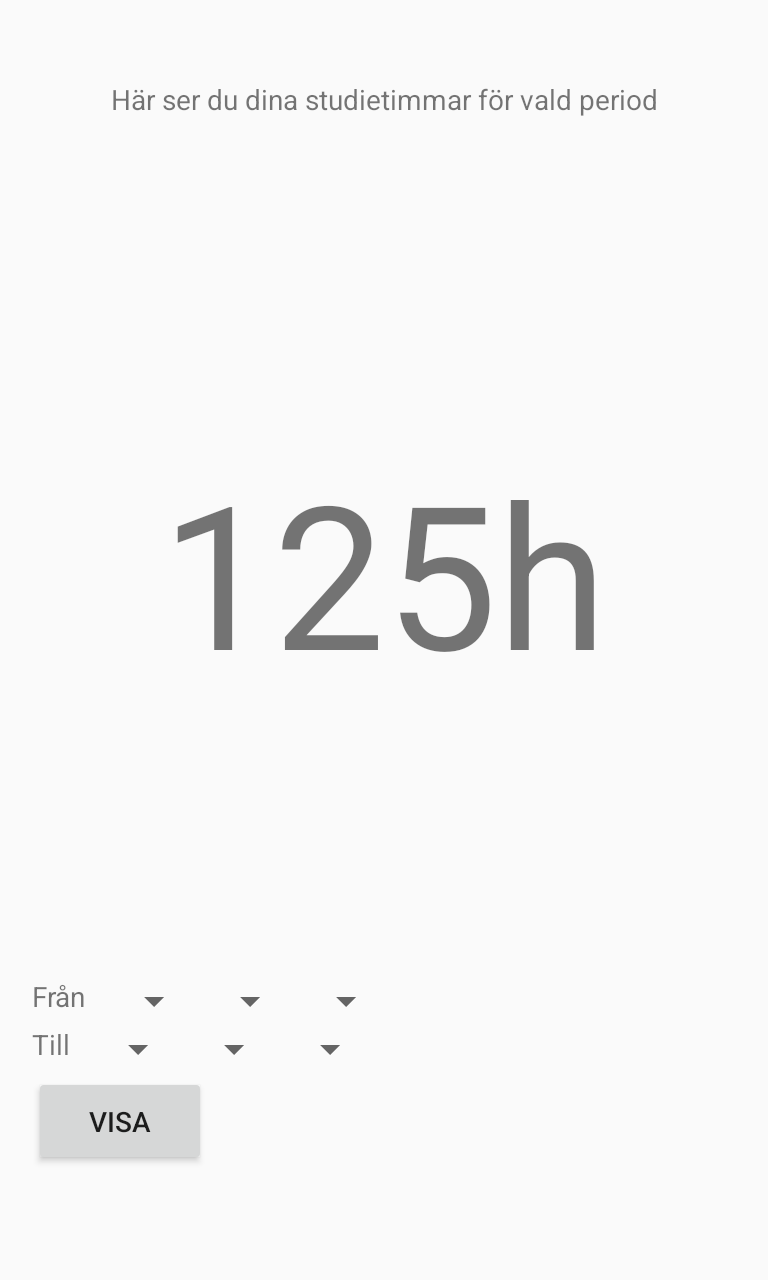
Repository: Dinova/Studiekoll
Layout: Studiekoll/Studiekoll/res/layout/fragment_graph.xml
An editor plug-in stored every save of this project. The layout is shown before and after the next save, followed by the edit.
It is drawn on a 768 x 1280 px phone screen (xhdpi) without system bars, with theme AppTheme; the app's code is not run.

Above is the layout before, as saved 2014-05-15 12:37:40.

After the next save:
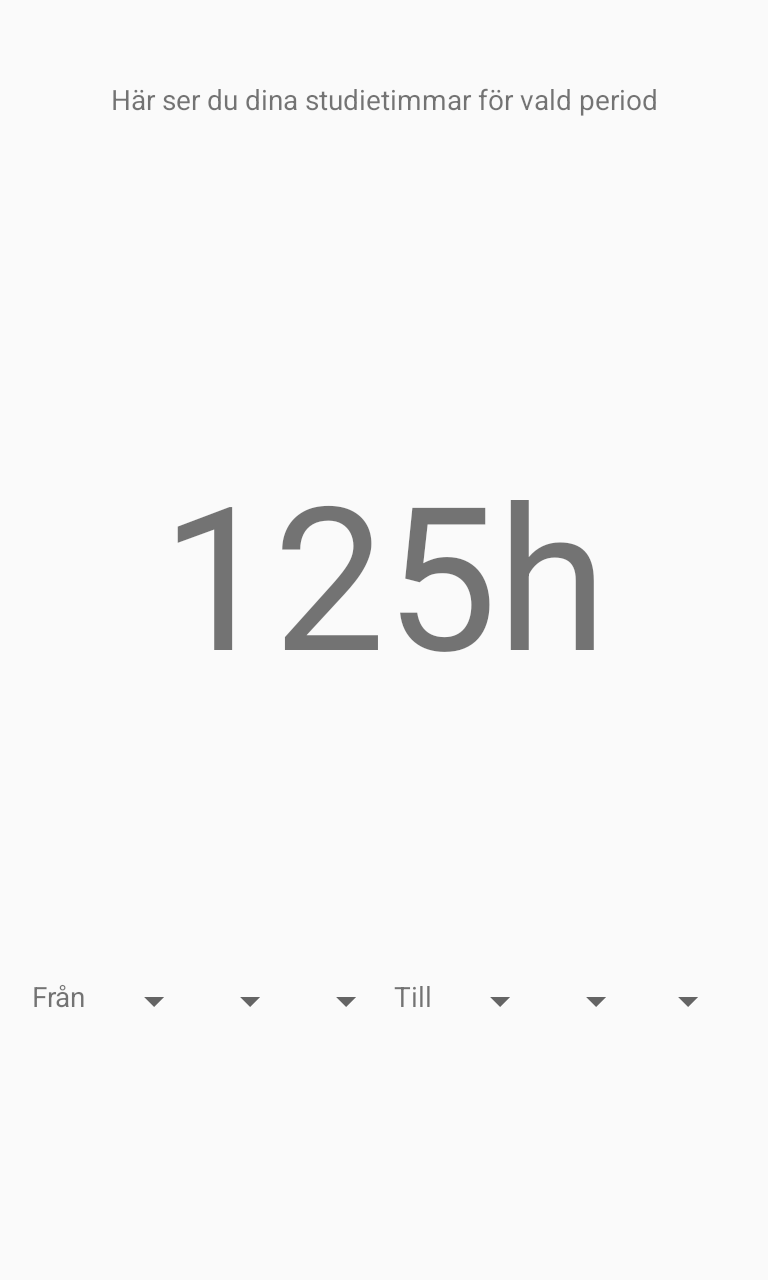
Saved 87 s later.
--- a/Studiekoll/Studiekoll/res/layout/fragment_graph.xml
+++ b/Studiekoll/Studiekoll/res/layout/fragment_graph.xml
@@ -36,7 +36,7 @@
         <LinearLayout
             android:layout_width="wrap_content"
         	android:layout_height="wrap_content"
-        	android:orientation="vertical" >
+        	android:orientation="horizontal" >
 
         	<LinearLayout
         		android:layout_width="wrap_content"

After the 2 saves that followed:
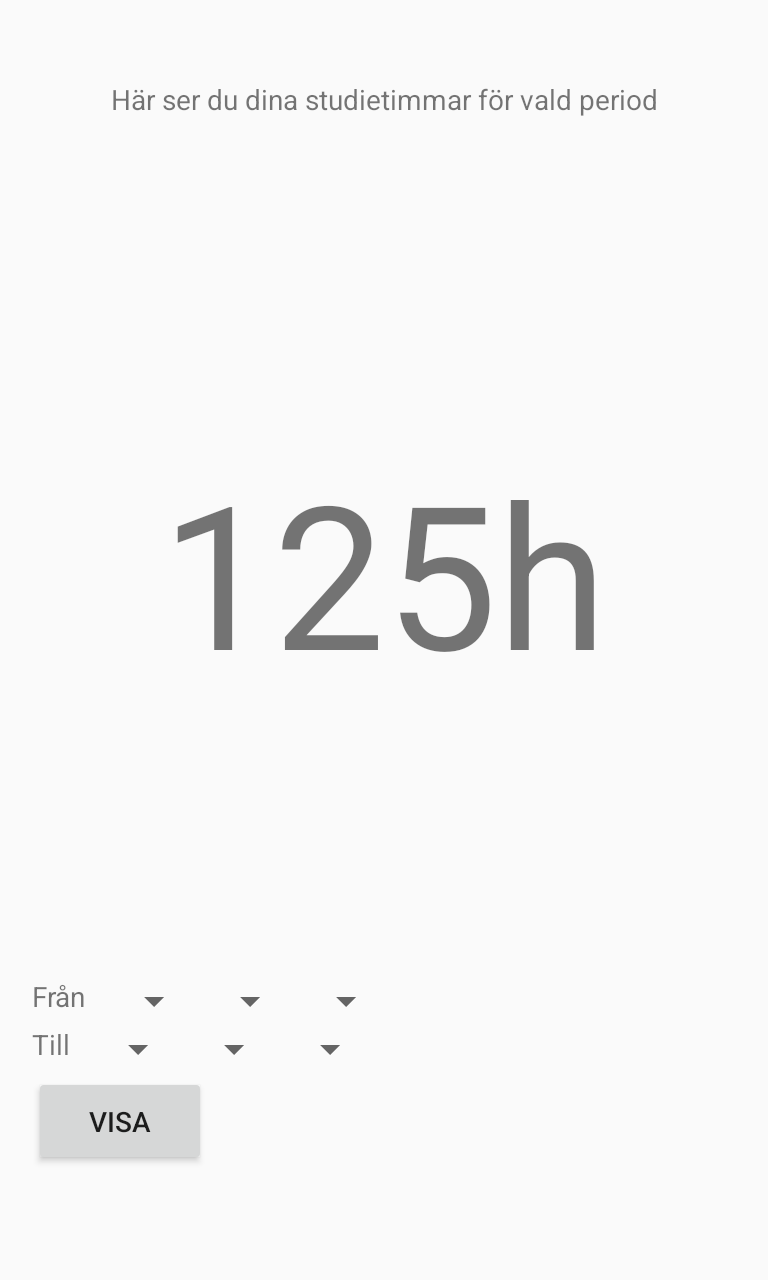
The 2 saves are shown as one change because 1 did not build or start.
The last was saved 2 min 20 s later.
--- a/Studiekoll/Studiekoll/res/layout/fragment_graph.xml
+++ b/Studiekoll/Studiekoll/res/layout/fragment_graph.xml
@@ -27,6 +27,7 @@
         android:text="125h"
         android:textSize="100sp" />
 
+    <!-- Bottom controll layout -->
     <LinearLayout
         android:layout_width="wrap_content"
         android:layout_height="0dp"
@@ -36,7 +37,7 @@
         <LinearLayout
             android:layout_width="wrap_content"
         	android:layout_height="wrap_content"
-        	android:orientation="horizontal" >
+        	android:orientation="vertical" >
 
         	<LinearLayout
         		android:layout_width="wrap_content"
